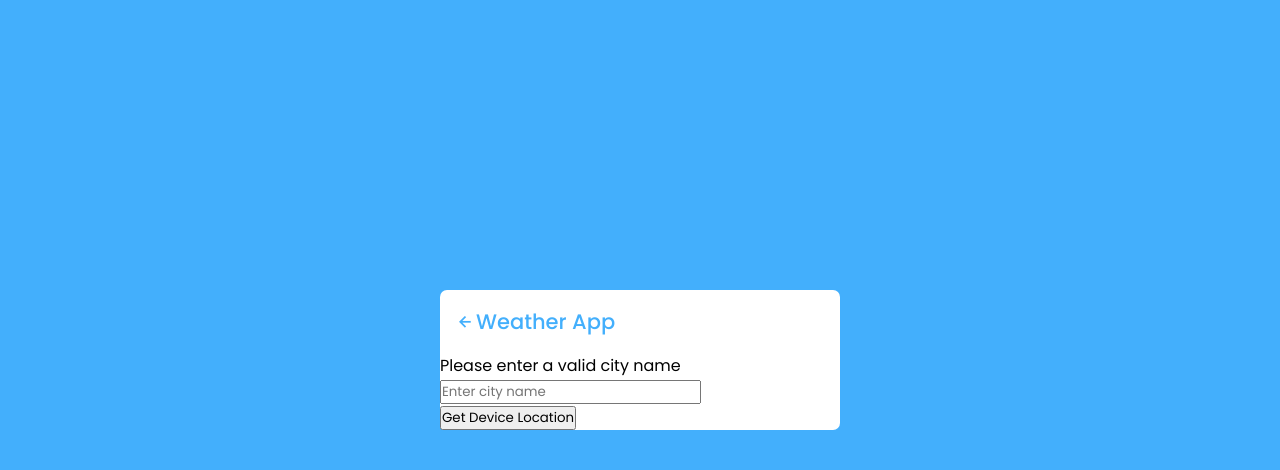
Repository: long13820/Weather-App-HTML-CSS-Javascript
Page: index.html
These files come from the project's save history. The page is drawn as it stood at one moment and after the next save; the edit follows.
The browser window is 1280 px wide. The pictures show the whole page.

Above is the page before, as saved 2021-09-02 00:51:30.

After the next save:
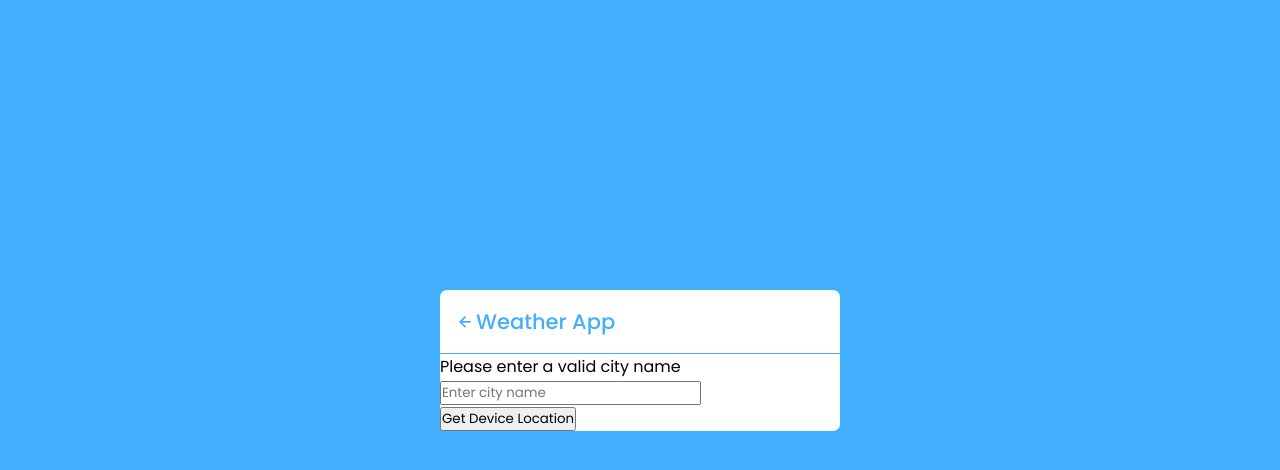
Saved 9 s later.
--- a/style.css
+++ b/style.css
@@ -25,5 +25,5 @@ body{
     padding: 16px 15px;
     display: flex;
     align-items: center;
-    border-bottom: 1px;
+    border-bottom: 1px solid ;
 }
